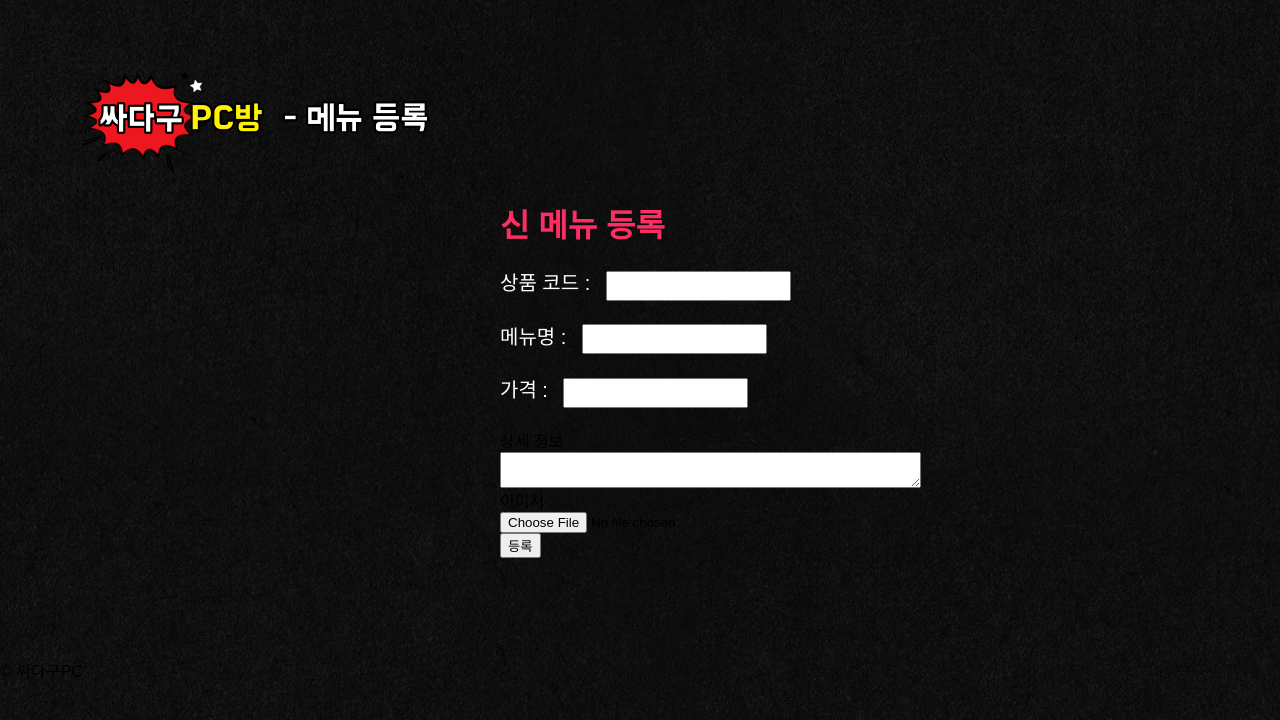
Repository: lkwoung/webProject-assignment
Page: http://localhost/CheapPC/addMenu.jsp
An editor plug-in stored every save of this project. The page is shown before and after the next save, followed by the edit.
The browser window is 1280 px wide. The pictures show the whole page.
Some web fonts or font styles are not loaded; a fallback is used. The page is served by Tomcat 9. Other server files are loaded and not shown.

Above is the page before, as saved 2020-12-13 14:52:46.

### CheapPC/WebContent/addMenu.jsp
<%@ page contentType="text/html; charset=utf-8" %>
<html>

<head>
<link href="https://fonts.googleapis.com/earlyaccess/hanna.css" rel="stylesheet" type="text/css" />
<link rel="stylesheet" href="css/addMenu.css">
<title>메뉴 추가</title>
</head>
<body>
<div style="margin-top:200px; margin-left:500px; margin-bottom:100px;" >
<h1 style="color:#FE2E64;">신 메뉴 등록 </h1>
	<form name = "newProduct" action="./processAddBook.jsp" method = "post">
	<div style="color:#fff; font-size:20px;">
		<label >상품 코드  :</label>
			<input type="text" style="margin-left:10px; height:30px; margin-bottom:20px;"name="FoodId" class="form-control">
	</div>
<div style="color:#fff; font-size:20px;">
		<label >메뉴명  :</label>
			<input type="text" style="margin-left:10px; height:30px;margin-bottom:20px;"name="name" class="form-control">
	</div>

	<div style="color:#fff; font-size:20px;">
		<label >가격 : </label>

			<input type="text" style="margin-left:10px; height:30px; margin-bottom:20px;"name="price" class="form-control">

	</div>

	<div class="form-group row">
		<label class="col-sm-2">상세 정보</label>
		<div class = "col-sm-5">
			<textarea name = "description" cols="50" rows="2"
			class="form-control"></textarea>
		</div>
	</div>

	<div class="form-group row">
		<label class="col-sm-2">이미지</label>
		<div class = "col-sm-5">
			<input type = "file" name = "productImage" class="form-control">
		</div>
	</div>


	<div class="form-group row">
		<div class = "col-sm-offset-2 col-sm-10">
			<input type="submit" name="btn btn-primary" value="등록">
		</div>
	</div>


	</form>
</div>



<footer class="container">
<p>&copy; 싸다구PC</p>
</footer>
</body>

</html>

### CheapPC/WebContent/css/addMenu.css
body
{
	background: url(image/menu.png) no-repeat center center fixed;
	-webkit-background-size: cover;
	-moz-background-size: cover;
	-o-background-size: cover;
	background-size: cover;
    margin: 0;
    font-size: 16px;
    font-family:'Hanna', sans-serif;
    -webkit-font-smoothing: antialiased;
}

After the next save:
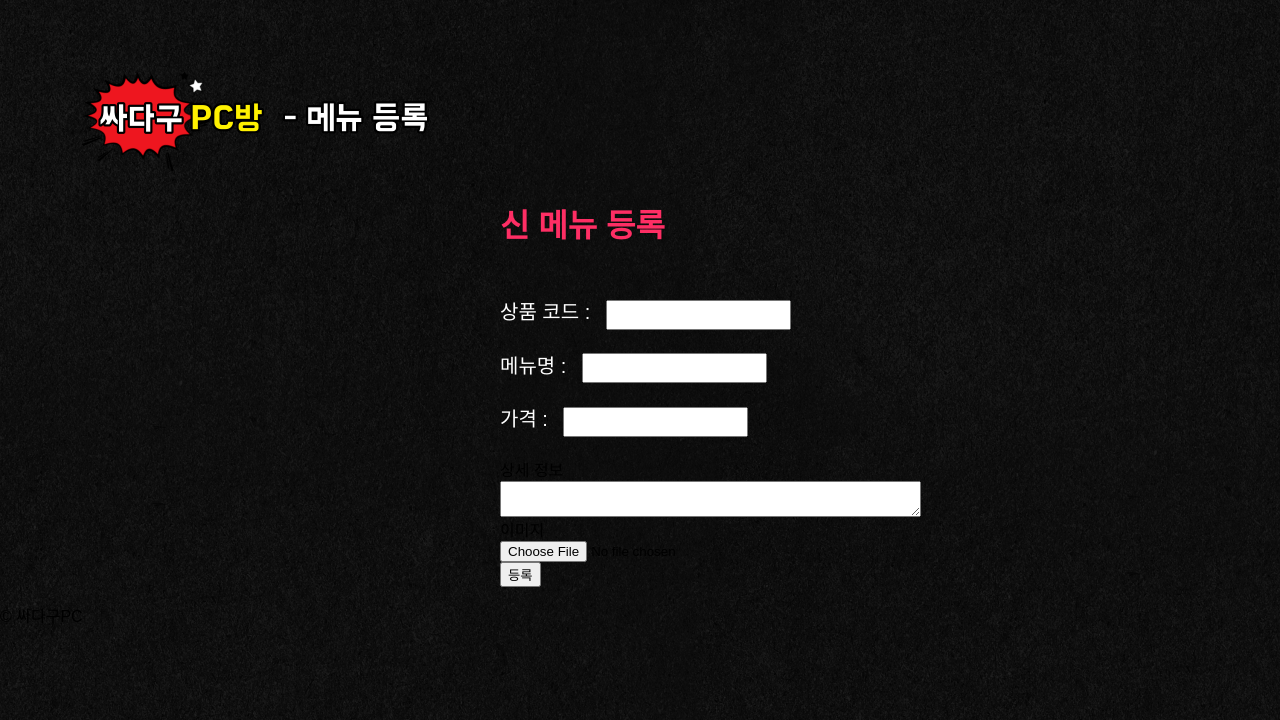
Saved 30 s later.
--- a/CheapPC/WebContent/addMenu.jsp
+++ b/CheapPC/WebContent/addMenu.jsp
@@ -7,8 +7,8 @@
 <title>메뉴 추가</title>
 </head>
 <body>
-<div style="margin-top:200px; margin-left:500px; margin-bottom:100px;" >
-<h1 style="color:#FE2E64;">신 메뉴 등록 </h1>
+<div style="margin-top:200px; margin-left:500px;" >
+<h1 style="color:#FE2E64; margin-bottom:50px;">신 메뉴 등록 </h1>
 	<form name = "newProduct" action="./processAddBook.jsp" method = "post">
 	<div style="color:#fff; font-size:20px;">
 		<label >상품 코드  :</label>
